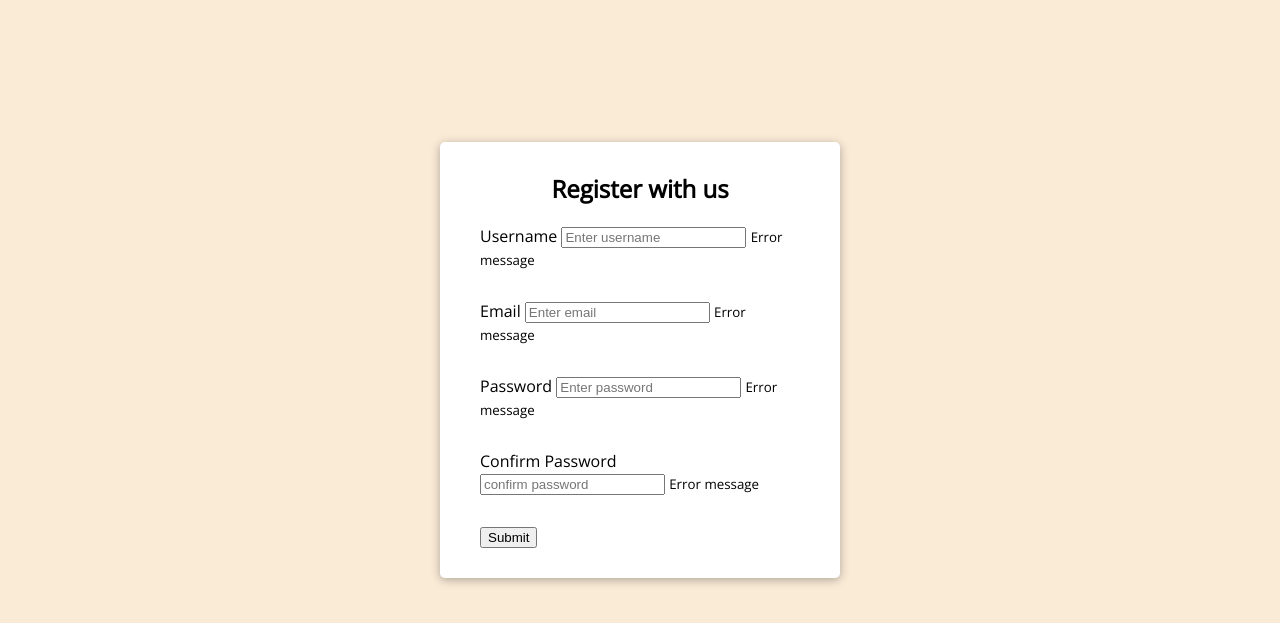
Repository: Azariagmt/Vanilla-javascript
Page: Form-Validator/index.html
These files come from the project's save history. The page is drawn as it stood at one moment and after a run of saves; the edit follows.
The browser window is 1280 px wide. The pictures show the whole page.

Above is the page before, as saved 2020-04-20 09:41:08.

After the next 4 saves:
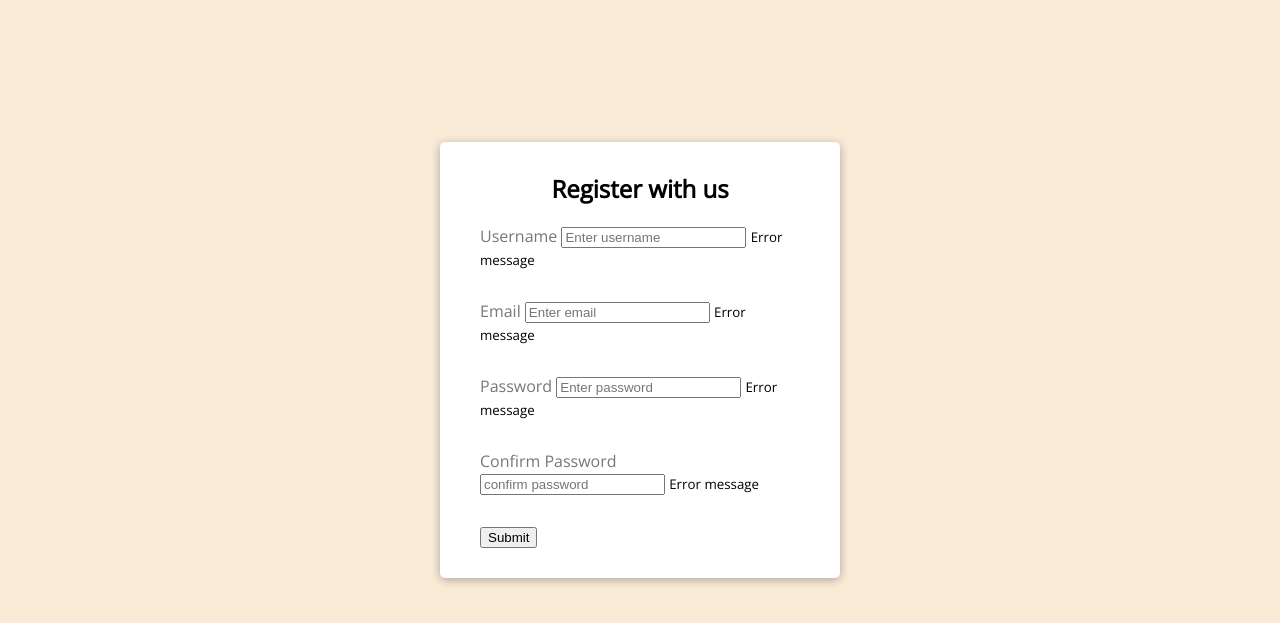
The 4 saves are shown as one change because they came seconds apart.
The last was saved 10 s later.
--- a/Form-Validator/style.css
+++ b/Form-Validator/style.css
@@ -37,5 +37,6 @@ h2{
 }
 
 .form-control label{
+    color:#777;
 
 }
